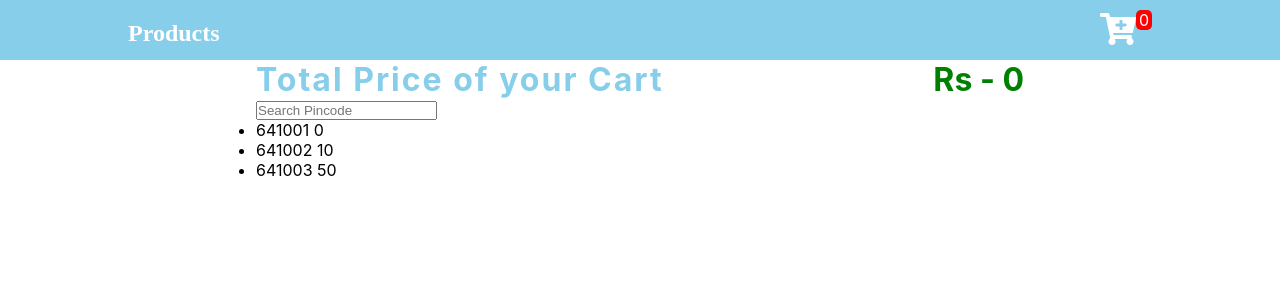
Repository: Imprasna/react-ecommerce
Page: /, after clicking the first element matching `div.cart`
These files come from the project's save history. The page is drawn as it stood at one moment and after the next save; the edit follows.
The browser window is 1280 px wide. The pictures show the whole page.
Some web libraries are served in a nearby version. The project was rebuilt for these pictures with package versions that can differ from the ones it lists, and the page was loaded fresh each time.

Above is the page before, as saved 2022-06-14 05:47:48.

### public/index.html
<!DOCTYPE html>
<html lang="en">
  <head>
    <meta charset="utf-8" />
    <link rel="icon" href="%PUBLIC_URL%/favicon.ico" />
    <meta name="viewport" content="width=device-width, initial-scale=1" />
    <meta name="theme-color" content="#000000" />
    <meta
      name="description"
      content="Web site created using create-react-app"
    />
    <link
    rel="stylesheet"
    href="https://pro.fontawesome.com/releases/v5.10.0/css/all.css"
    integrity="sha384-AYmEC3Yw5cVb3ZcuHtOA93w35dYTsvhLPVnYs9eStHfGJvOvKxVfELGroGkvsg+p"
    crossorigin="anonymous"
  />
    <link rel="apple-touch-icon" href="%PUBLIC_URL%/logo192.png" />
    <!--
      manifest.json provides metadata used when your web app is installed on a
      user's mobile device or desktop. See https://developers.google.com/web/fundamentals/web-app-manifest/
    -->
    <link rel="manifest" href="%PUBLIC_URL%/manifest.json" />
    <!--
      Notice the use of %PUBLIC_URL% in the tags above.
      It will be replaced with the URL of the `public` folder during the build.
      Only files inside the `public` folder can be referenced from the HTML.

      Unlike "/favicon.ico" or "favicon.ico", "%PUBLIC_URL%/favicon.ico" will
      work correctly both with client-side routing and a non-root public URL.
      Learn how to configure a non-root public URL by running `npm run build`.
    -->
    <title>React App</title>
  </head>
  <body>
    <noscript>You need to enable JavaScript to run this app.</noscript>
    <div id="root"></div>
    <!--
      This HTML file is a template.
      If you open it directly in the browser, you will see an empty page.

      You can add webfonts, meta tags, or analytics to this file.
      The build step will place the bundled scripts into the <body> tag.

      To begin the development, run `npm start` or `yarn start`.
      To create a production bundle, use `npm run build` or `yarn build`.
    -->
  </body>
</html>

### src/App.js
import React, { useState } from "react";
import ProductList from "./components/ProductsList";
import Navbar from "./components/Navbar";
import Cart from "./components/Cart";

const App = () => {
  const [show, setShow] = useState(true);
  const [cart, setCart] = useState([]);

  const handleClick = (item) => {
    if (cart.indexOf(item) !== -1) return;
    setCart([...cart, item]);

    console.log(item)
    localStorage.setItem("productsInCart", JSON.stringify(item));
    // localStorage.setItem("added data", cart)
  };

  const handleChange = (item, d) => {
    const ind = cart.indexOf(item);
    const arr = cart;
    arr[ind].amount += d;

    if (arr[ind].amount === 0) arr[ind].amount = 1;
    setCart([...arr]);
  };

  // useEffect(() => {
  //   console.log("cart change");
  // }, [cart]);

  return (
    <React.Fragment>
      <Navbar setShow={setShow} size={cart.length} />
      {show ? (
        <ProductList handleClick={handleClick} />
      ) : (
        <Cart cart={cart} setCart={setCart} handleChange={handleChange} />
      )}
    </React.Fragment>
  );
};

export default App;

### src/components/ProductsList.js
import React from "react";
import list from "../products";
import Cards from "../components/Cards";
import "../components/css/ProductList.css";

const ProductsList = ({ handleClick }) => {
  return (
    <section>
      {list.map((item) => (
        <Cards key={item.id} item={item} handleClick={handleClick} />
      ))}
    </section>
  );
};

export default ProductsList;

### src/components/Navbar.js
import React from "react";
import "../components/css/navbar.css";

const Navbar = ({ setShow, size }) => {
  return (
    <nav>
      <div className="nav_box">
        <span className="my_shop" onClick={() => setShow(true)}>
         Products
        </span>
        <div className="cart" onClick={() => setShow(false)}>
          <span>
            <i className="fas fa-cart-plus"></i>
          </span>
          <span>{size}</span>
        </div>
      </div>
    </nav>
  );
};

export default Navbar;

### src/components/Cart.js
import React, { useState, useEffect } from "react";
import "../components/css/cart.css";
import Pincode from '../pincodes.json';

const Cart = ({ cart, setCart, handleChange }) => {
  const [price, setPrice] = useState(0);

  const handleRemove = (id) => {
    const arr = cart.filter((item) => item.id !== id);
    setCart(arr);
    handlePrice();
  };

  const handlePrice = () => {
    let ans = 0;
    cart.map((item) => (ans += item.amount * item.price));
    console.log(cart.map((item) => (item.amount * item.price)))
    setPrice(ans);
  };

  useEffect(() => {
    handlePrice();
  });

  return (
    <article>
      {cart.map((item) => (
        <div className="cart_box" key={item.id}>
          <div className="cart_img">
            <img src={item.image} alt="" />
            <p>{item.name}</p>
          </div>

          {/* <ul>
           <li> {Pincode.map(pin =>
           {
            {pin.code} {pin.charge}
           })}
           </li>
          </ul> */}
          <div>
            <button type="button" onClick={() => handleChange(item, 1)}>+</button>
            <button>{item.amount}</button>
            <button type="button" onClick={() => handleChange(item, -1)}>-</button>
          </div>
          <div>
            <span>{item.price}</span>
            <button type="button" onClick={() => handleRemove(item.id)}>Remove</button>
          </div>
        </div>
      ))}
      <div className="total">
        <span>Total Price of your Cart</span>
        <span>Rs - {price}</span>
      </div>

      <input type="text" placeholder="Search Pincode"/>

      <ul>
            {Pincode.map((pin) =>
            (
              <li>
                {pin.code} {pin.charge}
              </li>
      ))}
          </ul>
    </article>
  );
};

export default Cart;

### src/products.js


const data = [


	{    "id":1,
		"name": "Product 1",
		"price": 877,
		"availability": 3,
		"image": "https://picsum.photos/200/300",
		"amount":1
	},
	{
		"id":2,
		"name": "Product 2",
		"price": 500,
		"availability": 1,
		"image": "https://picsum.photos/200/300",
		"amount":1

	},
	{
		"id":3,
		"name": "Product 3",
		"price": 990,
		"availability": 2,
		"image": "https://picsum.photos/200/300",
		"amount":1

	},
	{
		"id":4,
		"name": "Product 4",
		"price": 1500,
		"availability": 0,
		"image": "https://picsum.photos/200/300",
		"amount":1
	}]

	export default data

### src/components/Cards.js
import React from "react";

const Cards = ({ item, handleClick }) => {
  const { name, availability, price, image } = item;
  return (
    <div className="cards">
      <div className="image_box">
        <img src={image} alt="" />
      </div>
      <div className="details">
        <p>{name}</p>
        <p>{availability}</p>
        <p>Price - {price}Rs</p>
        <button type="button" onClick={() => handleClick(item)}>Add to Cart</button>
      </div>
    </div>
  );
};

export default Cards;

// id, title, autor, price, img

### src/components/css/ProductList.css
* {
    margin: 0;
    padding: 0;
  }
  section {
    width: 80%;
    margin: auto;
    margin-top: 5%;
    display: grid;
    grid-template-columns: repeat(3, 1fr);
    grid-template-rows: auto;
  }
  .cards {
    width: 250px;
    padding: 20px;
  }
  .cards:hover {
    box-shadow: 0 10px 10px 10px rbga(0, 0, 0, 0.1);
    cursor: pointer;
  }
  .image_box img {
    width: 150px;
    height: 200px;
  }

  .image_box img {
    width: 150px;
    height: 200px;
  }
  .details p:nth-child(1) {
    font-weight: bold;
  }
  .details p:nth-child(2) {
    color: grey;
    font-size: 0.8rem;
  }
  .details p:nth-child(3) {
    font-weight: bolx;
    color: grey;
  }
  .details button {
    padding: 5px 10px;
    border: none;
    font-weight: bold;
    background-color: skyblue;
    outline: none;
  }

### src/components/css/navbar.css
* {
    margin: 0;
    padding: 0;
  }

  nav {
    width: 100%;
    height: 60px;
    background-color: skyblue;
  }

  .nav_box {
    width: 80%;
    margin: auto;
    display: flex;
    align-items: center;
    justify-content: space-between;
    line-height: 60px;
  }
  .my_shop {
    font-size: 1.5rem;
    font-weight: bold;
    color: white;
    font-family: cursive;
    cursor: pointer;
  }
  .cart {
    cursor: pointer;
  }
  .cart span:nth-child(1) {
    font-size: 2rem;
    color: white;
  }
  .cart span:nth-child(2) {
    padding: 0 3px;
    background-color: red;
    color: white;
    font-weight: bolx;
    border-radius: 5px;
    position: relative;
    top: -15px;
  }

### src/components/css/cart.css
* {
    margin: 0;
    padding: 0;
  }

  article {
    width: 60%;
    margin: auto;
  }

  .cart_box img {
    width: 50px;
    height: 50px;
  }
  .cart_img {
    display: flex;
    width: 400px;
  }

  .cart_img p {
    font-weight: bold;
    margin-left: 10px;
  }

  .cart_box {
    display: flex;
    align-items: center;
    justify-content: space-between;
    margin-top: 20px;
    border-bottom: 2px solid skyblue;
    padding-bottom: 5px;
  }

  .cart_box div:nth-child(2) button {
    padding: 5px 10px;
    font-weight: bold;
    margin-right: 5px;
  }

  .cart_box div:nth-child(3) button {
    padding: 5px 10px;
    font-weight: bold;
    letter-spacing: 2px;
    border: none;
    outline: none;
    color: white;
    background-color: skyblue;
    border-radius: 5px;
    cursor: pointer;
  }
  .cart_box div:nth-child(3) button:hover {
    background-color: darkseagreen;
  }
  .cart_box div:nth-child(3) span {
    background-color: lightgreen;
    padding: 5px 10px;
    border-radius: 5px;
    margin-right: 10px;
  }

  .total {
    display: flex;
    justify-content: space-between;
  }

  .total span:nth-child(1) {
    font-size: 2rem;
    color: skyblue;
    font-weight: bold;
    letter-spacing: 2px;
  }

  .total span:nth-child(2) {
    font-size: 2rem;
    color: green;
    font-weight: bold;
  }

### src/pincodes.json
[
	{
		"code": 641001,
		"charge": 0
	},
	{
		"code": 641002,
		"charge": 10
	},
	{
		"code": 641003,
		"charge": 50
	}
]

Loaded but not shown: src/index.js (common file); src/index.css (common file); src/reportWebVitals.js (common file)

After the next save:
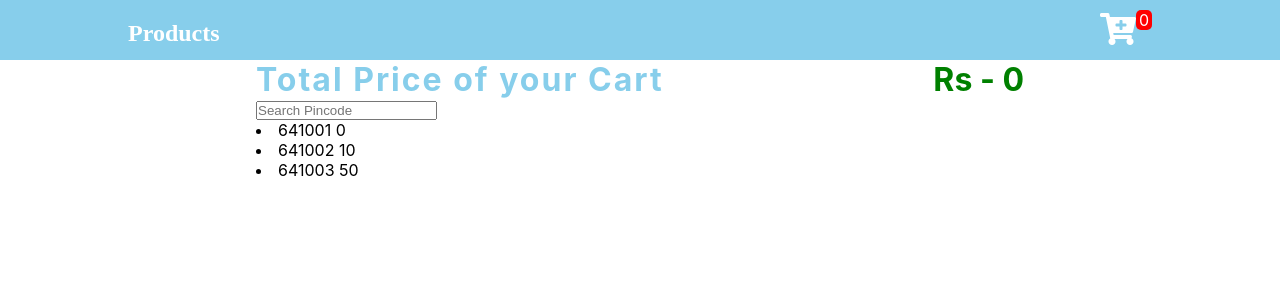
Saved 108 s later.
--- a/src/components/Cart.js
+++ b/src/components/Cart.js
@@ -56,14 +56,14 @@
 
       <input type="text" placeholder="Search Pincode"/>
 
-      <ul>
+      <div>
             {Pincode.map((pin) =>
             (
               <li>
                 {pin.code} {pin.charge}
               </li>
       ))}
-          </ul>
+          </div>
     </article>
   );
 };

After the save that followed:
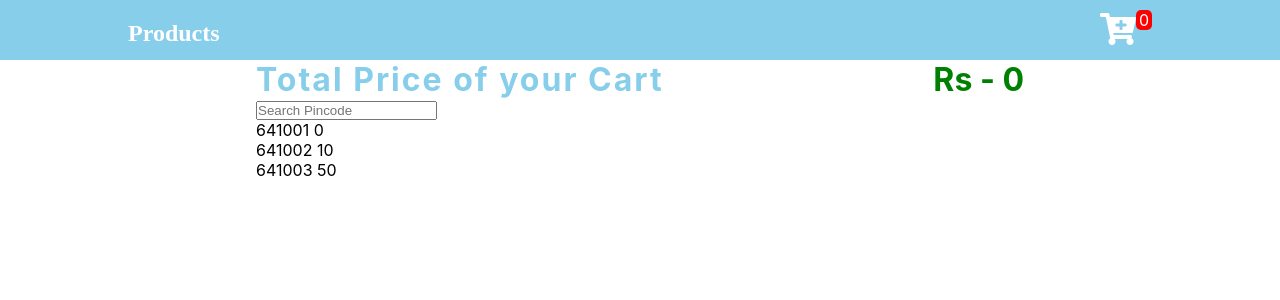
Saved 8 s later.
--- a/src/components/Cart.js
+++ b/src/components/Cart.js
@@ -59,9 +59,9 @@
       <div>
             {Pincode.map((pin) =>
             (
-              <li>
+              <p>
                 {pin.code} {pin.charge}
-              </li>
+              </p>
       ))}
           </div>
     </article>
